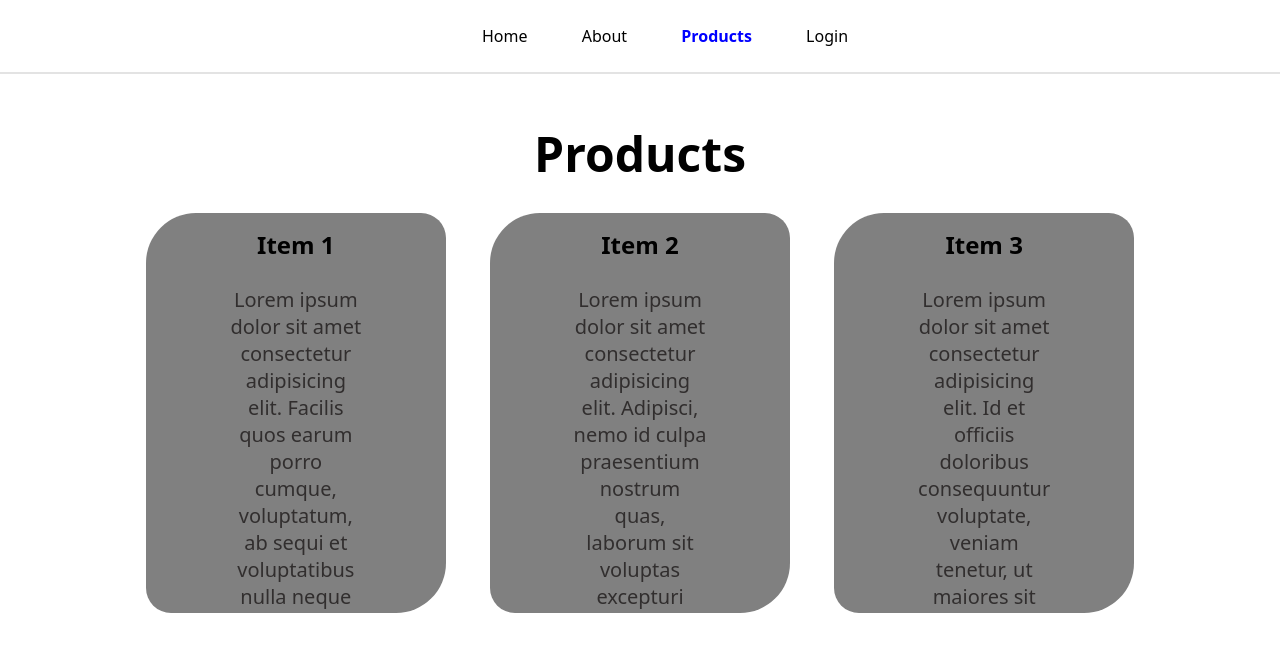
Repository: Yeyolive/WebDev_Collab_2025
Page: Basic_Projects/Basic-Website/products.html
An editor plug-in stored every save of this project. The page is shown before and after the next save, followed by the edit.
The browser window is 1280 px wide. The pictures show the whole page.

Above is the page before, as saved 2025-11-02 22:53:28.

After the next save:
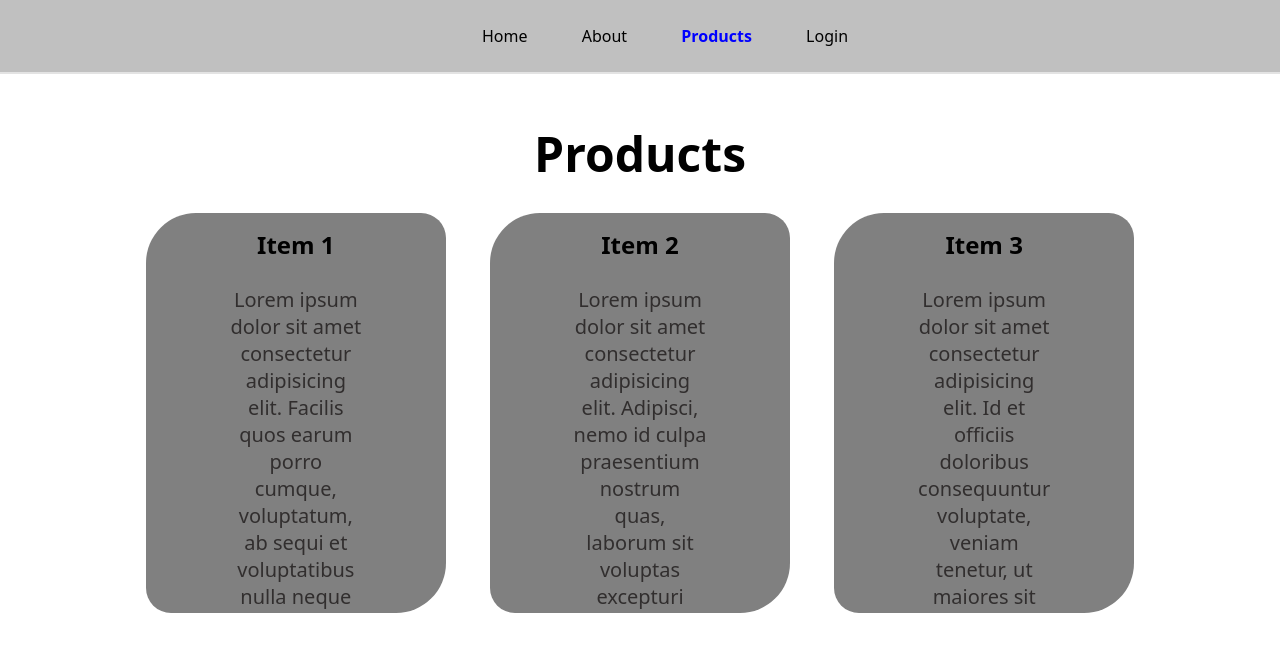
Saved 11 s later.
--- a/Basic_Projects/Basic-Website/styles.css
+++ b/Basic_Projects/Basic-Website/styles.css
@@ -20,7 +20,7 @@ nav {
   max-width: 100%;
   padding: 25px;
   border-bottom: 2px solid #e3e3e3;
-  background-color: rgb(255, 255, 255);
+  background-color: rgb(192, 192, 192);
 }
 
 nav a {
